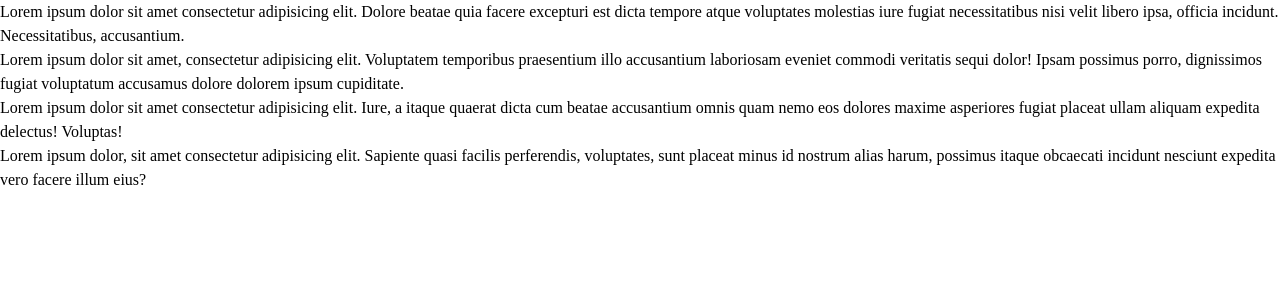
Repository: nguyenkien12345/Master-Css
Page: 1 so thuoc tinh css dac biet/index.html
An editor plug-in stored every save of this project. The page is shown before and after the next save, followed by the edit.
The browser window is 1280 px wide. The pictures show the whole page.

Above is the page before, as saved 2023-09-10 22:52:43.

After the next save:
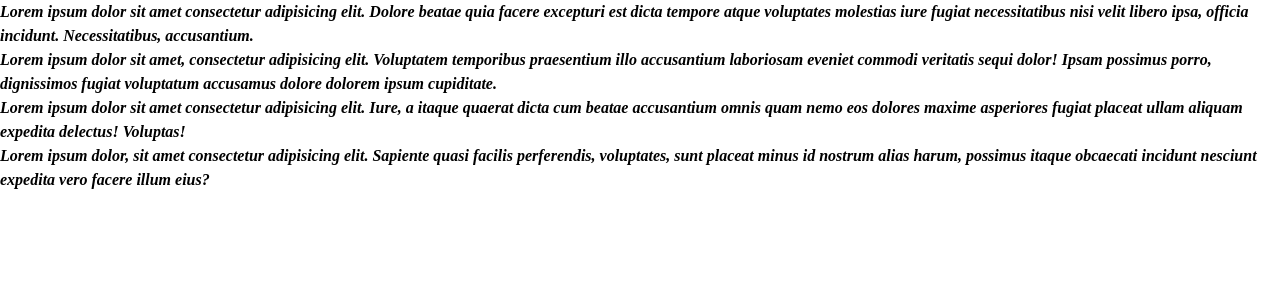
Saved 6 s later.
--- a/1 so thuoc tinh css dac biet/index.html
+++ b/1 so thuoc tinh css dac biet/index.html
@@ -108,11 +108,11 @@
         */
 
         /* selectors: is và where */
-        /* div p, section p, main p,  article p {
+        div p, section p, main p,  article p {
           font-size: 16px;
           font-weight: 600;
           font-style: italic;
-        } */
+        }
 
         /* Viết như trên quá dài dòng nên ta sẽ có thêm 2 cách viết khác */
         /* Thay :where bằng :is cũng cho ra kết quả tương tự */

After the save that followed:
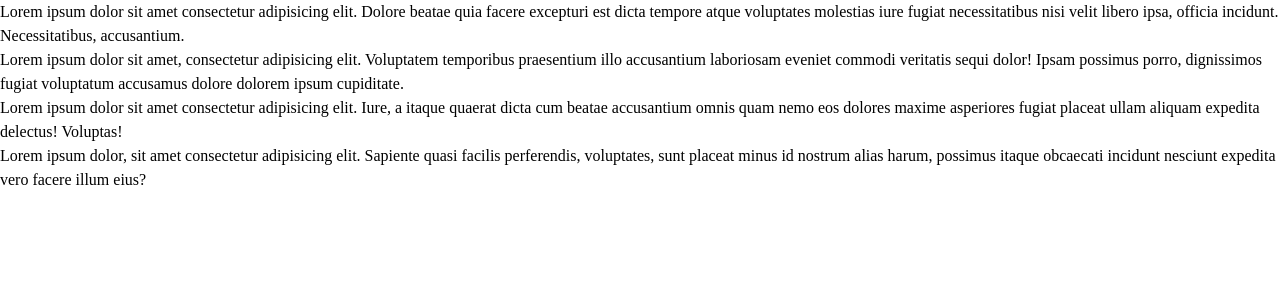
Saved 30 s later.
--- a/1 so thuoc tinh css dac biet/index.html
+++ b/1 so thuoc tinh css dac biet/index.html
@@ -108,11 +108,11 @@
         */
 
         /* selectors: is và where */
-        div p, section p, main p,  article p {
+        /* div p, section p, main p,  article p {
           font-size: 16px;
           font-weight: 600;
           font-style: italic;
-        }
+        } */
 
         /* Viết như trên quá dài dòng nên ta sẽ có thêm 2 cách viết khác */
         /* Thay :where bằng :is cũng cho ra kết quả tương tự */
